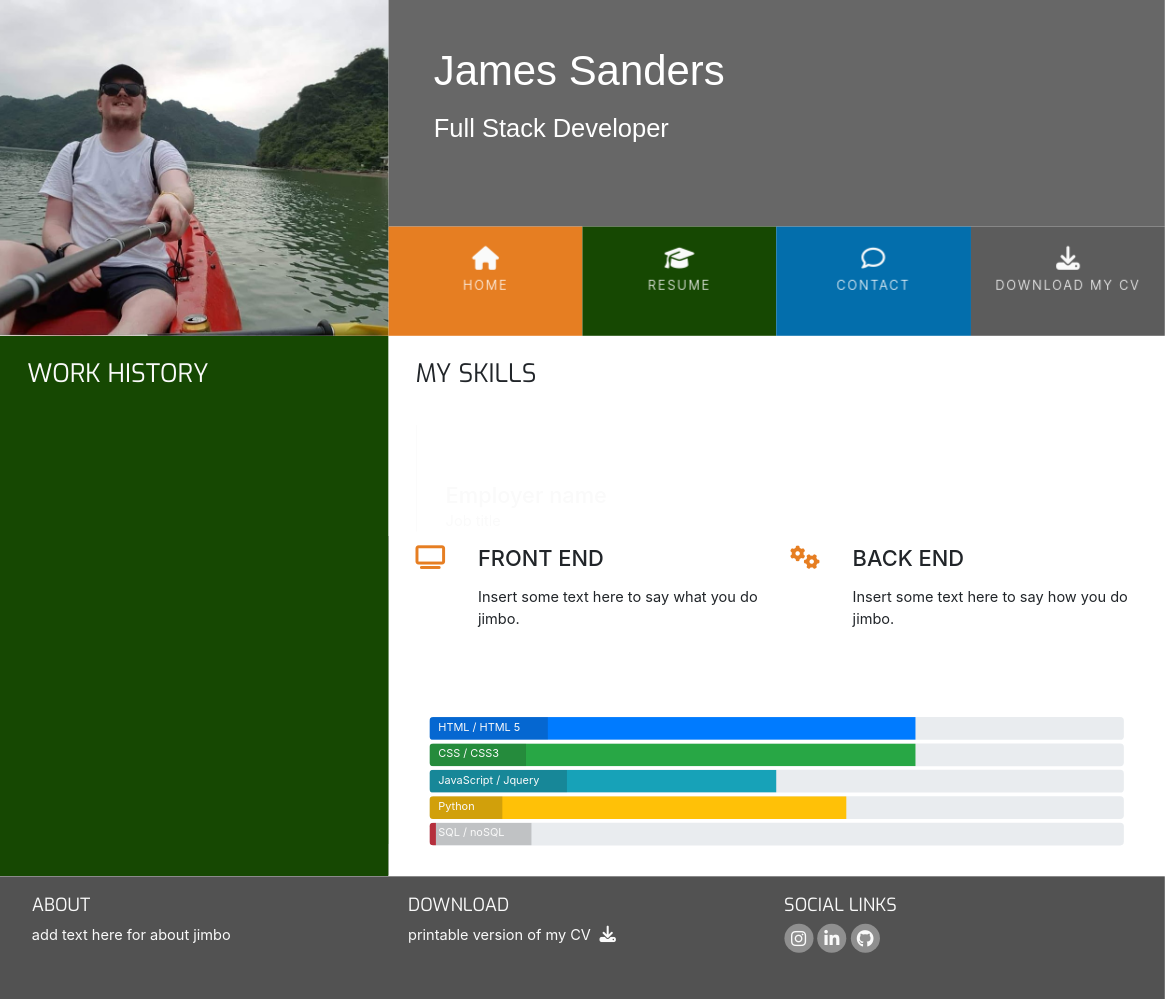
Repository: JaySanders95/my-online-resume
Page: resume.html
An editor plug-in stored every save of this project. The page is shown before and after the next save, followed by the edit.
The browser window is 1280 px wide. The pictures show the whole page, at 91% of full size.
Some web fonts or font styles are not loaded; a fallback is used. Some web libraries are served in a nearby version.

Above is the page before, as saved 2023-04-19 22:19:59.

After the next save:
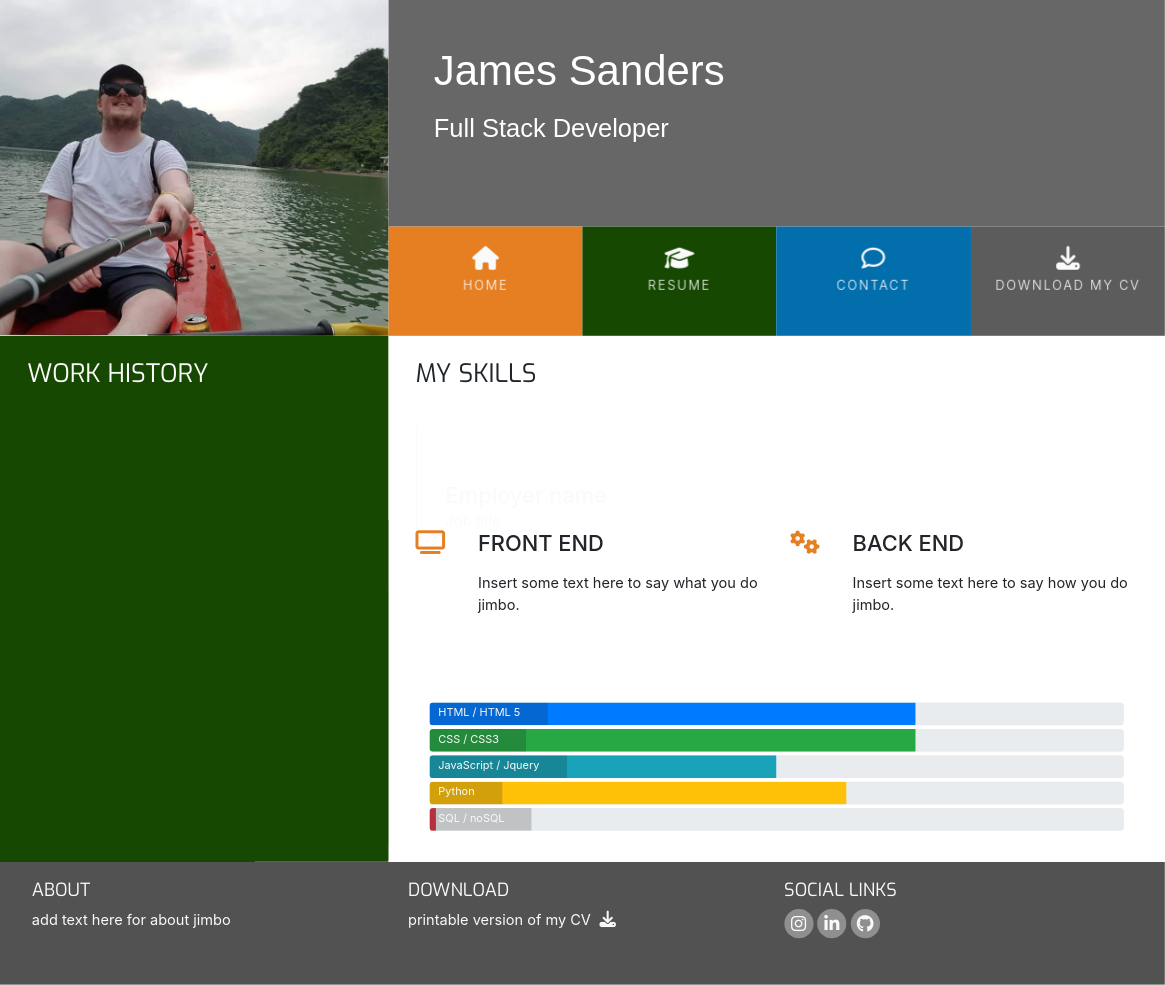
Saved 30 s later.
--- a/assets/css/style.css
+++ b/assets/css/style.css
@@ -303,3 +303,8 @@ footer {
     color: #fafafa;
     border-left: 1px solid;
 }
+
+.timeline-item p {
+    padding: 0;
+    margin: 0;
+}
